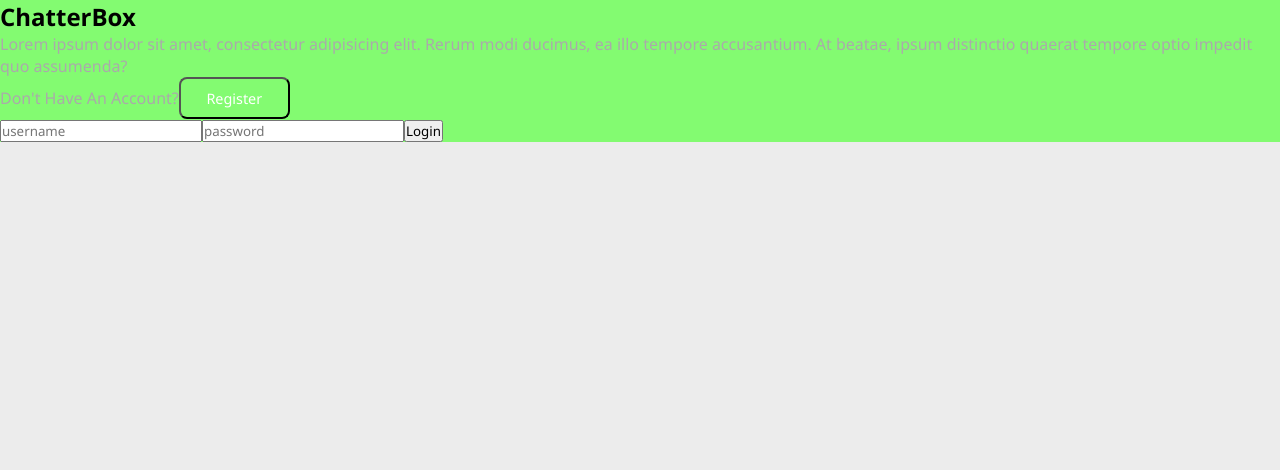
Repository: Habeebur1493/social-media-app
Page: /login
The author's editor kept a copy of each file at every save. The page is drawn from the files as they stood at one save, then again after the next save.
The browser window is 1280 px wide. The pictures show the whole page.
The project was rebuilt for these pictures with package versions that can differ from the ones it lists, and the page was loaded fresh each time. Also part of the build but not shown: vite.config.js.

Above is the page before, as saved 2025-01-28 00:48:32.

After the next save:
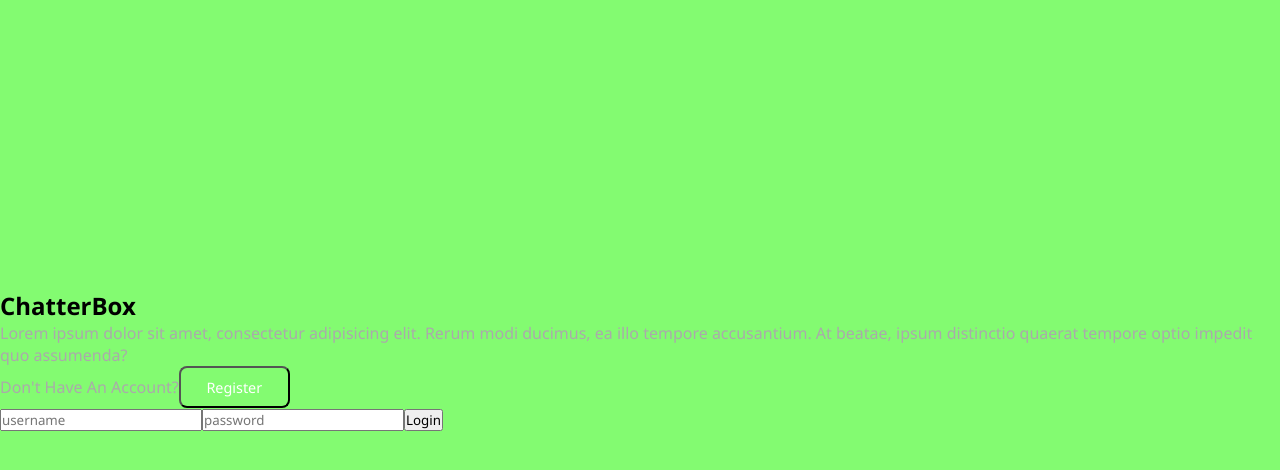
Saved 74 s later.
--- a/src/pages/login/login.css
+++ b/src/pages/login/login.css
@@ -1,3 +1,8 @@
 .login{
     background: var(--color-primary);
+    height: 100vh;
+    width: 100%;
+    display: flex;
+    align-items: center;
+    justify-content: center;
 }
